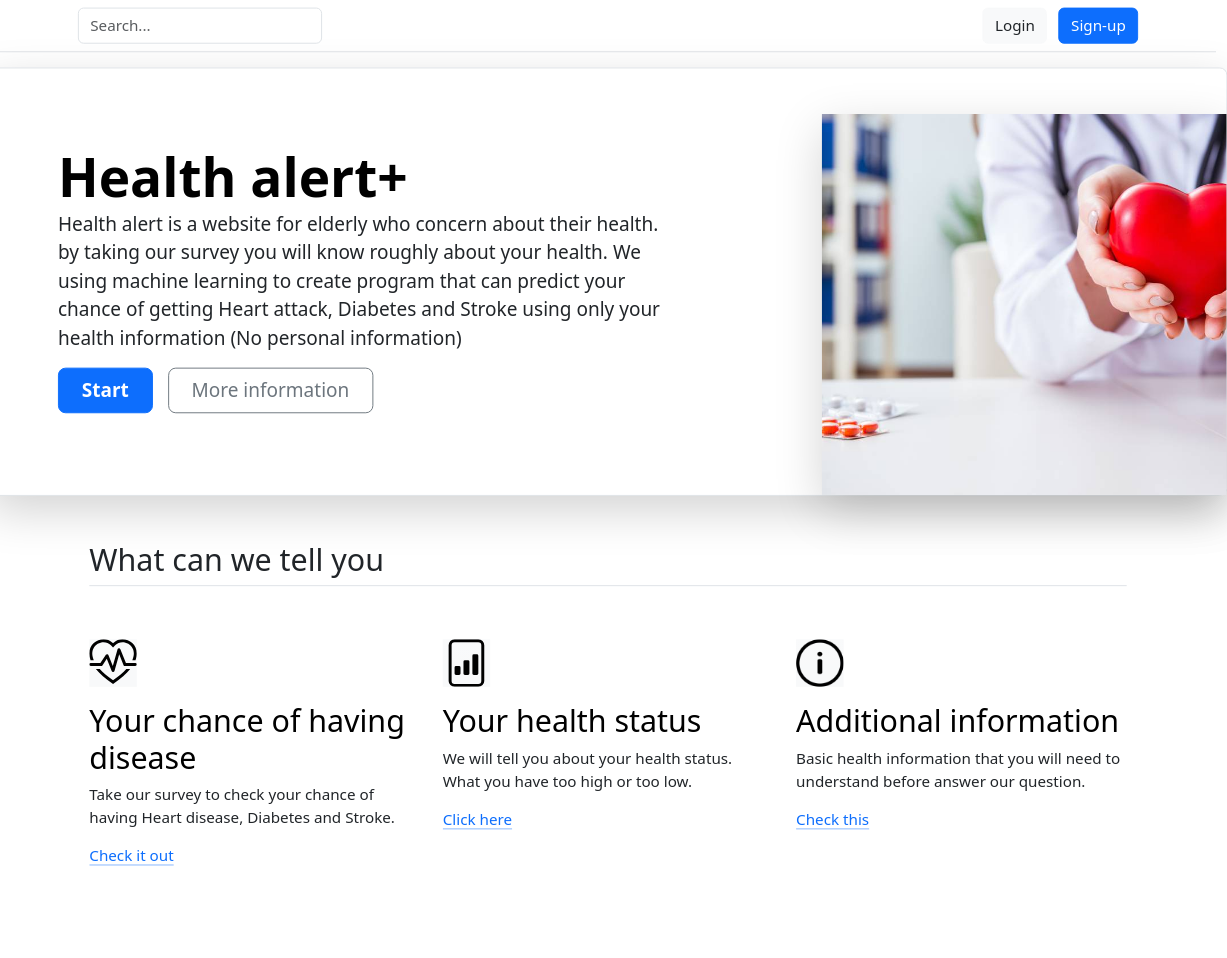
Repository: aneforollll/webapp
Page: http://localhost/index.php
An editor plug-in stored every save of this project. The page is shown before and after the next save, followed by the edit.
The browser window is 1280 px wide. The page is 1292 px wide, so the pictures cover 1292 px, including what lies to the right of the window. The pictures show the whole page, at 95% of full size.
The page is run by PHP 8.4 with error messages shown; the project is at /var/www/html/.

Above is the page before, as saved 2024-01-15 10:34:15.

### index.php

<html lang="en">
  <head>
    <meta charset="utf-8">
    <meta name="viewport" content="width=device-width, initial-scale=1">
    <title>Health alert demo</title>
    <link href="https://cdn.jsdelivr.net/npm/bootstrap@5.3.2/dist/css/bootstrap.min.css" rel="stylesheet" integrity="sha384-T3c6CoIi6uLrA9TneNEoa7RxnatzjcDSCmG1MXxSR1GAsXEV/Dwwykc2MPK8M2HN" crossorigin="anonymous">
  </head>
  <body>

  <div class="px-3 py-2 border-bottom mb-3">
      <div class="container d-flex flex-wrap justify-content-center">
        <form class="col-12 col-lg-auto mb-2 mb-lg-0 me-lg-auto">
          <input type="search" class="form-control" placeholder="Search..." aria-label="Search">
        </form>

        <div class="text-end">
          <button type="button" class="btn btn-light text-dark me-2">Login</button>
          <button type="button" class="btn btn-primary">Sign-up</button>
        </div>
      </div>
    </div>
    <div class="row p-4 pb-0 pe-lg-0 pt-lg-5 align-items-center rounded-3 border shadow-lg">
        <div class="col-lg-7 p-3 p-lg-5 pt-lg-3">
          <h1 class="display-4 fw-bold lh-1 text-body-emphasis">Health alert+</h1>
          <p class="lead">Health alert is a website for elderly who concern about their health. by taking our survey you will know roughly about your health.
            We using machine learning to create program that can predict your chance of getting Heart attack, Diabetes and Stroke using only your health information (No personal information) </p>
          <div class="d-grid gap-2 d-md-flex justify-content-md-start mb-4 mb-lg-3">
            <button type="button" class="btn btn-primary btn-lg px-4 me-md-2 fw-bold" onclick="document.location='healthalertform.php'">Start</button>
            <button type="button" class="btn btn-outline-secondary btn-lg px-4" onclick="document.location='FAQ.php'">More information</button>
          </div>
        </div>
        <div class="col-lg-4 offset-lg-1 p-0 overflow-hidden shadow-lg">
            <img class="rounded-lg-3" src="images/heart.jpg" alt="" width="600
            ">
        </div>
      </div>
      <div class="container px-4 py-5" id="featured-3">
        <h2 class="pb-2 border-bottom">What can we tell you</h2>
        <div class="row g-4 py-5 row-cols-1 row-cols-lg-3">
          <div class="feature col">
            <div class="feature-icon d-inline-flex align-items-center justify-content-center text-bg-light bg-gradient fs-2 mb-3">
              <svg xmlns="http://www.w3.org/2000/svg" width="50" height="50" fill="light" class="bi bi-heart-pulse" viewBox="0 0 16 16">
                <path d="m8 2.748-.717-.737C5.6.281 2.514.878 1.4 3.053.918 3.995.78 5.323 1.508 7H.43c-2.128-5.697 4.165-8.83 7.394-5.857.06.055.119.112.176.171a3.12 3.12 0 0 1 .176-.17c3.23-2.974 9.522.159 7.394 5.856h-1.078c.728-1.677.59-3.005.108-3.947C13.486.878 10.4.28 8.717 2.01zM2.212 10h1.315C4.593 11.183 6.05 12.458 8 13.795c1.949-1.337 3.407-2.612 4.473-3.795h1.315c-1.265 1.566-3.14 3.25-5.788 5-2.648-1.75-4.523-3.434-5.788-5Z"/>
                <path d="M10.464 3.314a.5.5 0 0 0-.945.049L7.921 8.956 6.464 5.314a.5.5 0 0 0-.88-.091L3.732 8H.5a.5.5 0 0 0 0 1H4a.5.5 0 0 0 .416-.223l1.473-2.209 1.647 4.118a.5.5 0 0 0 .945-.049l1.598-5.593 1.457 3.642A.5.5 0 0 0 12 9h3.5a.5.5 0 0 0 0-1h-3.162z"/>
              </svg>
            </div>
            <h3 class="fs-2 text-body-emphasis">Your chance of having disease</h3>
            <p>Take our survey to check your chance of having Heart disease, Diabetes and Stroke.</p>
            <a href="healthalertform.php" class="icon-link">
              Check it out
              <svg class="bi"><use xlink:href="#chevron-right"></use></svg>
            </a>
          </div>
          <div class="feature col">
            <div class="feature-icon d-inline-flex align-items-center justify-content-center text-bg-light bg-gradient fs-2 mb-3">
              <svg xmlns="http://www.w3.org/2000/svg" width="50" height="50" fill="light" class="bi bi-file-bar-graph" viewBox="0 0 16 16">
                <path d="M4.5 12a.5.5 0 0 1-.5-.5v-2a.5.5 0 0 1 .5-.5h1a.5.5 0 0 1 .5.5v2a.5.5 0 0 1-.5.5zm3 0a.5.5 0 0 1-.5-.5v-4a.5.5 0 0 1 .5-.5h1a.5.5 0 0 1 .5.5v4a.5.5 0 0 1-.5.5zm3 0a.5.5 0 0 1-.5-.5v-6a.5.5 0 0 1 .5-.5h1a.5.5 0 0 1 .5.5v6a.5.5 0 0 1-.5.5z"/>
                <path d="M4 0a2 2 0 0 0-2 2v12a2 2 0 0 0 2 2h8a2 2 0 0 0 2-2V2a2 2 0 0 0-2-2zm0 1h8a1 1 0 0 1 1 1v12a1 1 0 0 1-1 1H4a1 1 0 0 1-1-1V2a1 1 0 0 1 1-1"/>
              </svg>
            </div>
            <h3 class="fs-2 text-body-emphasis">Your health status</h3>
            <p>We will tell you about your health status. What you have too high or too low.</p>
            <a href="dashboard.php" class="icon-link">
              Click here
              <svg class="bi"><use xlink:href="#chevron-right"></use></svg>
            </a>
          </div>
          <div class="feature col">
            <div class="feature-icon d-inline-flex align-items-center justify-content-center text-bg-light bg-gradient fs-2 mb-3">
              <img class="rounded" src="images/info.png" width="50" height="50" fill="light" >
            </div>
            <h3 class="fs-2 text-body-emphasis">Additional information</h3>
            <p>Basic health information that you will need to understand before answer our question.</p>
            <a href="FAQ.php" class="icon-link">
              Check this
              <svg class="bi"><use xlink:href="#chevron-right"></use></svg>
              <script src="https://cdn.jsdelivr.net/npm/bootstrap@5.3.2/dist/js/bootstrap.bundle.min.js" integrity="sha384-C6RzsynM9kWDrMNeT87bh95OGNyZPhcTNXj1NW7RuBCsyN/o0jlpcV8Qyq46cDfL" crossorigin="anonymous"></script>
            </a>
          </div>
        </div>
      </div>




  </body>
</html>

After the next save:
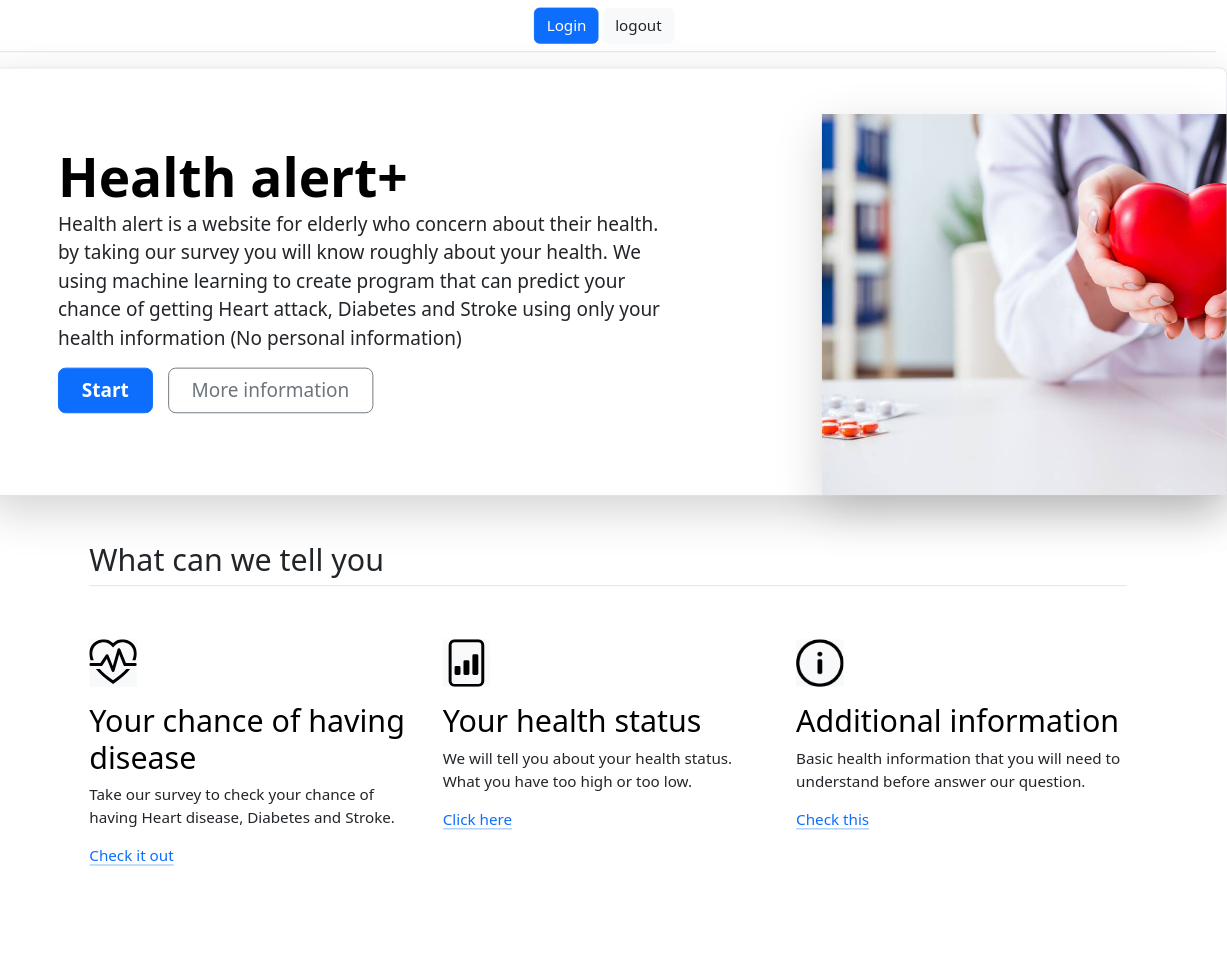
Saved 105 s later.
--- a/index.php
+++ b/index.php
@@ -10,13 +10,9 @@
 
   <div class="px-3 py-2 border-bottom mb-3">
       <div class="container d-flex flex-wrap justify-content-center">
-        <form class="col-12 col-lg-auto mb-2 mb-lg-0 me-lg-auto">
-          <input type="search" class="form-control" placeholder="Search..." aria-label="Search">
-        </form>
-
         <div class="text-end">
-          <button type="button" class="btn btn-light text-dark me-2">Login</button>
-          <button type="button" class="btn btn-primary">Sign-up</button>
+          <button type="button" class="btn btn-primary">Login</button>
+          <button type="button" class="btn btn-light text-dark me-2">logout</button>
         </div>
       </div>
     </div>
